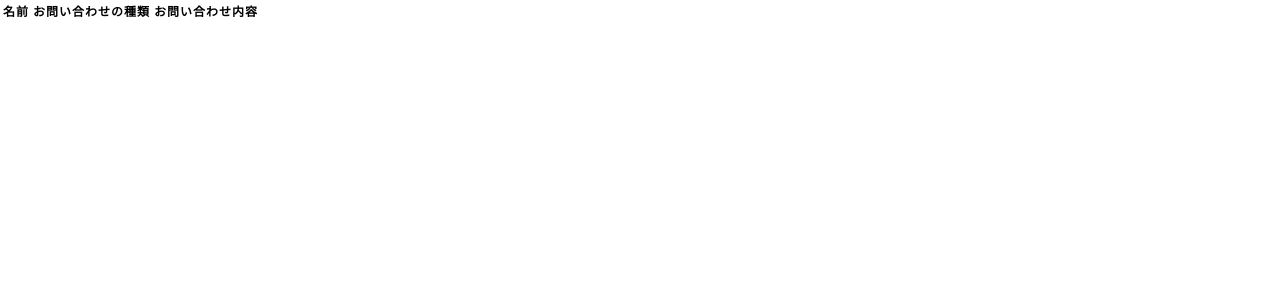
Repository: xiezom/test
Page: http://localhost/ecsite/inquiryComplete.jsp
These files come from the project's save history. The page is drawn as it stood at one moment and after the next save; the edit follows.
The browser window is 1280 px wide. The pictures show the whole page.
The page is served by Tomcat 9.

Above is the page before, as saved 2019-04-19 04:12:50.

After the next save:
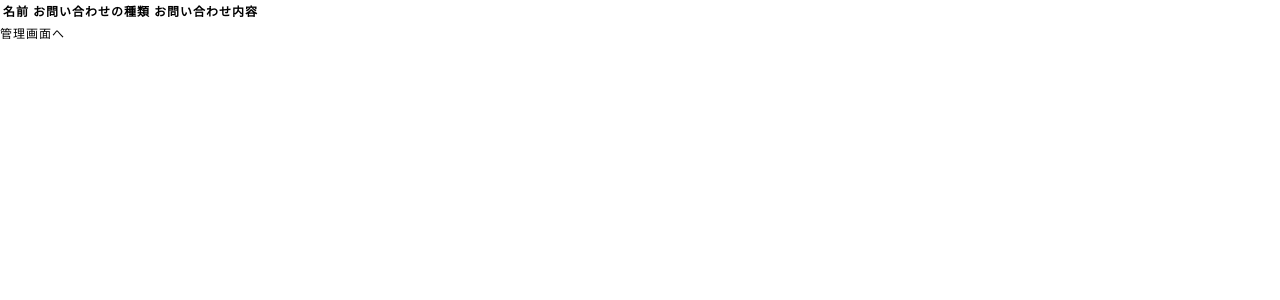
Saved 52 s later.
--- a/ecsite/WebContent/inquiryComplete.jsp
+++ b/ecsite/WebContent/inquiryComplete.jsp
@@ -41,6 +41,9 @@
 	</s:iterator>
 	</tbody>
 	</table>
+		<div>
+				<a href='<s:url action="AdminAction"/>'>管理画面へ</a>
+		</div>
 
 </body>
 </html>
